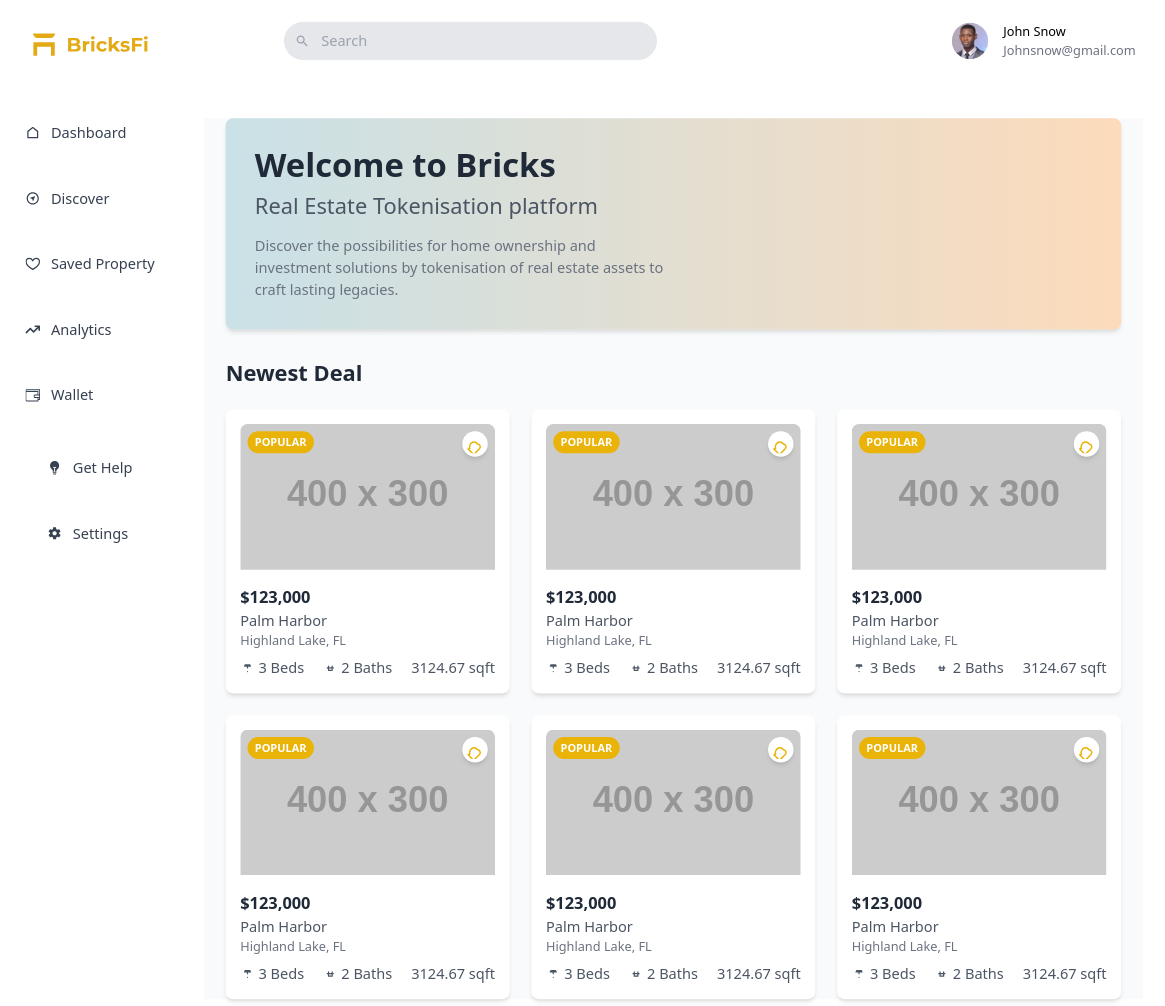
Repository: AyomideAkintade/BricksFi-Frontend
Page: /dashboard/discover (app in client/)
These files come from the project's save history. The page is drawn as it stood at one moment and after a run of saves; the edit follows.
The browser window is 1280 px wide. The pictures show the whole page, at 91% of full size.
The page's requests for data from a server got no answer. The project was rebuilt for these pictures with package versions that can differ from the ones it lists, and the page was loaded fresh each time. No one was signed in, and anything a server would have sent is missing. Also part of the build but not shown: client/src/components/navbar.jsx, client/src/components/home.jsx, client/src/components/homeSecond.jsx, client/src/components/homeThird.jsx, client/src/components/homeFifth.jsx, client/src/components/homeSixth.jsx, client/src/components/homeSeventh.jsx, client/src/api/base.js and 16 more.

Above is the page before, as saved 2024-10-04 23:30:50.

### client/src/index.css
@import "tailwindcss/base";
@import "tailwindcss/components";
@import "tailwindcss/utilities";


@font-face {
  font-family: Poppins;
  src: url(/src/assets/fonts/Poppins-Regular.ttf) format("truetype"), url(/src/assets/fonts/Poppins-Bold.ttf) format("truetype"), url(/src/assets/fonts/Poppins-Medium.ttf) format("truetype");

}

### client/src/App.js
import { BrowserRouter as Router, Route, Routes } from "react-router-dom";
import Home from "./pages/homePage";
import HomeFourth from "./components/login.jsx";
import HomeEight from "./components/signup.jsx";
import ForgotPasswordPage from "./components/forgotPassword.jsx";
import DashboardLayout from "./pages/dashboardLayout";
import DashboardPage from "./pages/dashboard.jsx";
import PieAnalytics from "./components/analytics.jsx";
import Discover from "./components/discover.jsx";
import SavedPropertyPage from "./components/savedProperties.jsx";
import { ToastContainer } from "react-toastify";
import 'react-toastify/dist/ReactToastify.css';
import { useEffect, useState } from "react";
import { BrCookies } from "./utils/storage/cookies.js";
// import DiscoverPage from "./pages/discover.jsx";
// import SavedPropertyPage from "./pages/savedProperty.jsx";

function App() {

  const [ loggedIn, setLoggedIn ] = useState(false);
  const [ isLoading, setLoading ] = useState(true);

  useEffect(()=>{
    const ck = new BrCookies(document);
    ck.getCookie('authToken')
      .then((value) => {
        setLoggedIn(true);
        setLoading(false);
      })
      .catch((e) => {
        setLoading(false);
        // this.setState({ isLoading: false }); // Set loading to false even if there is an error
      });
  }, [])
  if (isLoading) {
    return <div></div>;
  }

  return (
    <div>
      <ToastContainer limit={5} />
      {loggedIn ?
      <Router>
        <Routes>
          <Route path="*" element={<DashboardLayout />}>
            <Route index element={<DashboardPage />} />
          </Route>
          <Route path="/dashboard" element={<DashboardLayout />}>
            <Route index element={<DashboardPage />} />
            <Route path="discover" element={<Discover/>} />
            <Route path="saved-property" element={<SavedPropertyPage/>} />
            <Route path="analytics" element={<PieAnalytics />} />
          </Route>
        </Routes>
      </Router>
      :
      <Router>
        <Routes>
          {/* Public Routes */}
          <Route path="/" element={<Home />} />
          <Route path="/login" element={<HomeFourth />} />
          <Route path="/signup" element={<HomeEight />} />
          <Route path="/forgot-password" element={<ForgotPasswordPage />} />

          {/* Dashboard Routes with Sidebar and Header */}
          <Route path="/dashboard" element={<DashboardLayout />}>
            <Route index element={<DashboardPage />} />
            <Route path="discover" element={<Discover/>} />
            <Route path="saved-property" element={<SavedPropertyPage/>} />
            <Route path="analytics" element={<PieAnalytics />} />
          </Route>
        </Routes>
      </Router>
      }
    </div>
  );
}

export default App;

### client/src/pages/dashboardLayout.jsx
import React from 'react';
import Sidebar from '../components/sidebar';
import Header from '../components/header';
import { Outlet } from 'react-router-dom';

const DashboardLayout = () => {
  return (
    <div className="flex">
      {/* Sidebar */}
      <Sidebar />

      <div className="flex-1 ml-[200px]">
        {/* Header */}
        <Header />

        <div className="px-6 py-2">
          {/* Outlet will render the child routes here */}
          <Outlet />
        </div>
      </div>
    </div>
  );
};

export default DashboardLayout;

### client/src/components/discover.jsx
import React from 'react';

const properties = [
  {
    id: 1,
    price: "$123,000",
    name: "Palm Harbor",
    location: "Highland Lake, FL",
    bedrooms: 3,
    bathrooms: 2,
    area: "3124.67 sqft",
    imageUrl: "https://via.placeholder.com/400x300", // Replace with actual image URL
    popular: true,
  },
  {
    id: 2,
    price: "$123,000",
    name: "Palm Harbor",
    location: "Highland Lake, FL",
    bedrooms: 3,
    bathrooms: 2,
    area: "3124.67 sqft",
    imageUrl: "https://via.placeholder.com/400x300", // Replace with actual image URL
    popular: true,
  },
  {
    id: 3,
    price: "$123,000",
    name: "Palm Harbor",
    location: "Highland Lake, FL",
    bedrooms: 3,
    bathrooms: 2,
    area: "3124.67 sqft",
    imageUrl: "https://via.placeholder.com/400x300", // Replace with actual image URL
    popular: true,
  },
  {
    id: 4,
    price: "$123,000",
    name: "Palm Harbor",
    location: "Highland Lake, FL",
    bedrooms: 3,
    bathrooms: 2,
    area: "3124.67 sqft",
    imageUrl: "https://via.placeholder.com/400x300", // Replace with actual image URL
    popular: true,
  },
  {
    id: 5,
    price: "$123,000",
    name: "Palm Harbor",
    location: "Highland Lake, FL",
    bedrooms: 3,
    bathrooms: 2,
    area: "3124.67 sqft",
    imageUrl: "https://via.placeholder.com/400x300", // Replace with actual image URL
    popular: true,
  },
  {
    id: 6,
    price: "$123,000",
    name: "Palm Harbor",
    location: "Highland Lake, FL",
    bedrooms: 3,
    bathrooms: 2,
    area: "3124.67 sqft",
    imageUrl: "https://via.placeholder.com/400x300", // Replace with actual image URL
    popular: true,
  },
  // Add more property data as needed
];

const Discover = () => {
  return (
    <div className="bg-gray-50 min-h-screen">
      {/* Hero Section */}
      <section className="bg-gradient-to-r from-[#C9E1E7] to-[#FCDBBB] p-8 rounded-lg mx-6 my-8 shadow-md">
        <div className="grid grid-cols-1 md:grid-cols-2 items-center">
          <div>
            <h1 className="text-4xl font-bold text-gray-800">
              Welcome to Bricks
            </h1>
            <p className="text-2xl mt-2 text-gray-600">
              Real Estate Tokenisation platform
            </p>
            <p className="mt-4 text-gray-500">
              Discover the possibilities for home ownership and investment
              solutions by tokenisation of real estate assets to craft lasting
              legacies.
            </p>
          </div>
          {/* <div>
            <img
              src="https://via.placeholder.com/600x400" // Replace with actual image URL
              alt="Real Estate Building"
              className="w-full rounded-lg"
            />
          </div> */}
        </div>
      </section>

      {/* Newest Deal Section */}
      <section className="px-6">
        <h2 className="text-2xl font-semibold text-gray-800 mb-6">Newest Deal</h2>
        <div className="grid grid-cols-1 md:grid-cols-3 lg:grid-cols-3 gap-6">
          {properties.map((property) => (
            <div key={property.id} className="bg-white p-4 rounded-lg shadow-md">
              <div className="relative">
                <img
                  src={property.imageUrl}
                  alt={property.name}
                  className="w-full h-40 object-cover rounded-t-lg"
                />
                {property.popular && (
                  <div className="absolute top-2 left-2 bg-yellow-500 text-white text-xs font-semibold px-2 py-1 rounded-full">
                    POPULAR
                  </div>
                )}
                <button className="absolute top-2 right-2 bg-white p-1 rounded-full shadow-md">
                  <svg
                    xmlns="http://www.w3.org/2000/svg"
                    fill="none"
                    viewBox="0 0 24 24"
                    stroke="currentColor"
                    className="w-5 h-5 text-yellow-500"
                  >
                    <path
                      strokeLinecap="round"
                      strokeLinejoin="round"
                      strokeWidth={2}
                      d="M5.121 17.804A4.992 4.992 0 015 15c0-1.38.56-2.63 1.464-3.536l.707-.707c.879-.88 2.03-1.464 3.537-1.464 1.507 0 2.658.584 3.537 1.464l.707.707A4.992 4.992 0 0119 15a4.992 4.992 0 01-1.465 3.535l-6.585 6.585a1 1 0 01-1.414 0l-6.585-6.585z"
                    />
                  </svg>
                </button>
              </div>
              <div className="mt-4">
                <h3 className="text-lg font-semibold text-gray-800">{property.price}</h3>
                <p className="text-gray-600">{property.name}</p>
                <p className="text-sm text-gray-500">{property.location}</p>
                <div className="flex items-center justify-between mt-2">
                  <div className="flex items-center text-gray-600">
                    <svg
                      xmlns="http://www.w3.org/2000/svg"
                      fill="none"
                      viewBox="0 0 24 24"
                      stroke="currentColor"
                      className="w-4 h-4 mr-1"
                    >
                      <path
                        strokeLinecap="round"
                        strokeLinejoin="round"
                        strokeWidth={2}
                        d="M8 7h8M7 9h10M12 12V9m0 9h.01"
                      />
                    </svg>
                    {property.bedrooms} Beds
                  </div>
                  <div className="flex items-center text-gray-600">
                    <svg
                      xmlns="http://www.w3.org/2000/svg"
                      fill="none"
                      viewBox="0 0 24 24"
                      stroke="currentColor"
                      className="w-4 h-4 mr-1"
                    >
                      <path
                        strokeLinecap="round"
                        strokeLinejoin="round"
                        strokeWidth={2}
                        d="M7 12h10M9 12v4h6v-4M9 9v3m6-3v3"
                      />
                    </svg>
                    {property.bathrooms} Baths
                  </div>
                  <div className="text-gray-600">{property.area}</div>
                </div>
              </div>
            </div>
          ))}
        </div>
      </section>
    </div>
  );
};

export default Discover;

### client/src/utils/storage/cookies.js

// eslint-disable-next-line no-unused-vars
class BrCookies {

    constructor(document) {
        this.document = document || (typeof document !== "undefined" ? document : null);
    }

    /**
     *
     * @param {Array<CookieData>} dataList
     */

    saveCookies(dataList){

        if (!Array.isArray(dataList)) {
            throw new Error("Data list must be an array.");
        }

        for (const data of dataList) {
            if (!(data instanceof CookieData)) {
                throw new Error("Invalid cookie data format.");
            }

            // save each cookie
            let cookieValue = `${data.name}=${data.value}; expires=${data.expiryDate.toUTCString()}; path=/`;

            // Set SameSite=None if running on localhost
            if (window.location.hostname !== 'localhost') {

                cookieValue += '; SameSite=Strict; Secure'
            }

            this.document.cookie = cookieValue;
        }
    }

    async getCookie(name) {
        return new Promise((resolve, reject) => {
          const cookies = this.document.cookie.split('; ');
          for (const cookie of cookies) {
            const [cookieName, cookieValue] = cookie.split('=');
            if (cookieName === name) {
              resolve(cookieValue);
              return;
            }
          }
          reject(new Error(`Cookie with name ${name} not found.`));
        });
    }

    removeCookie(name) {
        this.document.cookie = name + "=;Path=/;expires=Thu, 01 Jan 1970 00:00:00 GMT";
    }

    removeAllCookies() {
        const cookies = this.document.cookie.split(";");
        for (var i = 0; i < cookies.length; i++) {
            const cookie = cookies[i];
            const eqPos = cookie.indexOf("=");
            const name = eqPos > -1 ? cookie.substr(0, eqPos) : cookie;
            document.cookie = name + "=;Path=/;expires=Thu, 01 Jan 1970 00:00:00 GMT";
        }
    }
}


class CookieData {
    constructor(name, value, expiryDate) {

        if (typeof name !== "string" || typeof value !== "string" || !(expiryDate instanceof Date) || name.length === 0) {
            throw new Error("Invalid CookieData format.");
        }

        this.name = name;
        this.value = value;
        this.expiryDate = expiryDate;
    }
}

function createCookieDate(timeInSec) {

    const timeInDays = timeInSec / (3600 * 24);

    const currentDate = new Date();

    const futureDate = new Date();
    futureDate.setDate(currentDate.getDate() + timeInDays);


    return futureDate
}


export { BrCookies, CookieData, createCookieDate };

### client/src/components/sidebar.jsx
import React from 'react';
import { Link } from 'react-router-dom';
import { RiHomeLine } from "react-icons/ri";
import { RiCompassDiscoverLine } from "react-icons/ri";
import { GrFavorite } from "react-icons/gr";
import { FaArrowTrendUp } from "react-icons/fa6";
import { TfiWallet } from "react-icons/tfi";
import { IoBulbSharp } from "react-icons/io5";
import { IoMdSettings } from "react-icons/io";
import BricksFi from "../assets/bricksfi.svg"

const Sidebar = () => {
  return (
    <aside className="bg-white h-screen w-[15%] fixed p-3 min-w-[200px]">
      <div className="p-6">
        <img
        src={BricksFi}
        alt='BricksFi'
        className='w-full'
        />
      </div>
      <nav className="mt-8">
        <ul className="space-y-4">
          <li className="p-4 hover:bg-yellow-100">
            <Link to="/dashboard" className="flex items-center text-gray-700">
              <RiHomeLine className="mr-3" /> Dashboard
            </Link>
          </li>
          <li className="p-4 hover:bg-yellow-100">
            <Link to="/dashboard/discover" className="flex items-center text-gray-700">
              <RiCompassDiscoverLine className="mr-3" /> Discover
            </Link>
          </li>
          <li className="p-4 hover:bg-yellow-100">
            <Link to="/dashboard/saved-property" className="flex items-center text-gray-700">
              <GrFavorite className="mr-3" /> Saved Property
            </Link>
          </li>
          <li className="p-4 hover:bg-yellow-100">
            <Link to="/dashboard/analytics" className="flex items-center text-gray-700">
              <FaArrowTrendUp className="mr-3" /> Analytics
            </Link>
          </li>
          <li className="p-4 hover:bg-yellow-100">
            <Link to="/dashboard/wallet" className="flex items-center text-gray-700">
              <TfiWallet className="mr-3" /> Wallet
            </Link>
          </li>
        </ul>
      </nav>
      <div className="mt-auto p-6">
        <ul className="space-y-4">
          <li className="p-4 hover:bg-yellow-100">
            <Link to="/" className="flex items-center text-gray-700">
              <IoBulbSharp className="mr-3" /> Get Help
            </Link>
          </li>
          <li className="p-4 hover:bg-yellow-100">
            <Link to="/" className="flex items-center text-gray-700">
              <IoMdSettings className="mr-3" /> Settings
            </Link>
          </li>
        </ul>
      </div>
    </aside>
  );
};

export default Sidebar;

### client/src/components/header.jsx
import React from 'react';
import COCO from "../assets/clem.jpeg"
import { IoMdSearch } from "react-icons/io";
import { IoNotificationsOutline } from "react-icons/io5";

const Header = () => {
  return (
    <div className="w-full flex gap-10 justify-between items-center py-6 bg-white sticky top-0 z-50 px-12" >
      {/* style={{boxShadow: "1px 1px 20px -8px #0000001A"}} */}
      <div className='px-16 w-full'>
      <div className="relative w-2/3">
        <input
          type="text"
          placeholder="Search"
          className="p-2 pl-10 w-full border rounded-full bg-gray-200 text-black focus:outline-none"
        />
        <IoMdSearch className="absolute left-3 top-1/2 transform -translate-y-1/2 text-gray-400" />
      </div>
      </div>
      <div className="flex items-center space-x-4 ">
        <IoNotificationsOutline className="text-gray-700 text-2xl" />
        <img
          src={COCO}
          alt="profile"
          className="rounded-full h-10 w-10"
        />
        <div className="">
          <span className="block text-sm font-medium">John Snow</span>
          <span className="block text-sm text-gray-500">Johnsnow@gmail.com</span>
        </div>
      </div>
    </div>
  );
};

export default Header;

### client/tailwind.config.js
/** @type {import('tailwindcss').Config} */
module.exports = {
  content: ["./src/**/*.{html,js,jsx}"],
  theme: {
    extend: {
      fontFamily: {
        Poppins: ['Poppins'],
      }
    },
    screens: {
      sm: '640px',
      // => @media (min-width: 640px) { ... }

      md: '768px',
      // => @media (min-width: 768px) { ... }

      lg: '1024px',
      // => @media (min-width: 1024px) { ... }

      xl: '1280px',
      // => @media (min-width: 1280px) { ... }

      '2xl': '1536px',
      // => @media (min-width: 1536px) { ... }
      'custombp': {'raw': '(min-height: 375px),(min-width:768px)'}
    },
  },
  plugins: [],
}

Loaded but not shown: client/public/index.html (common file); client/src/index.js (common file); client/src/reportWebVitals.js (common file)

After the next 2 saves:
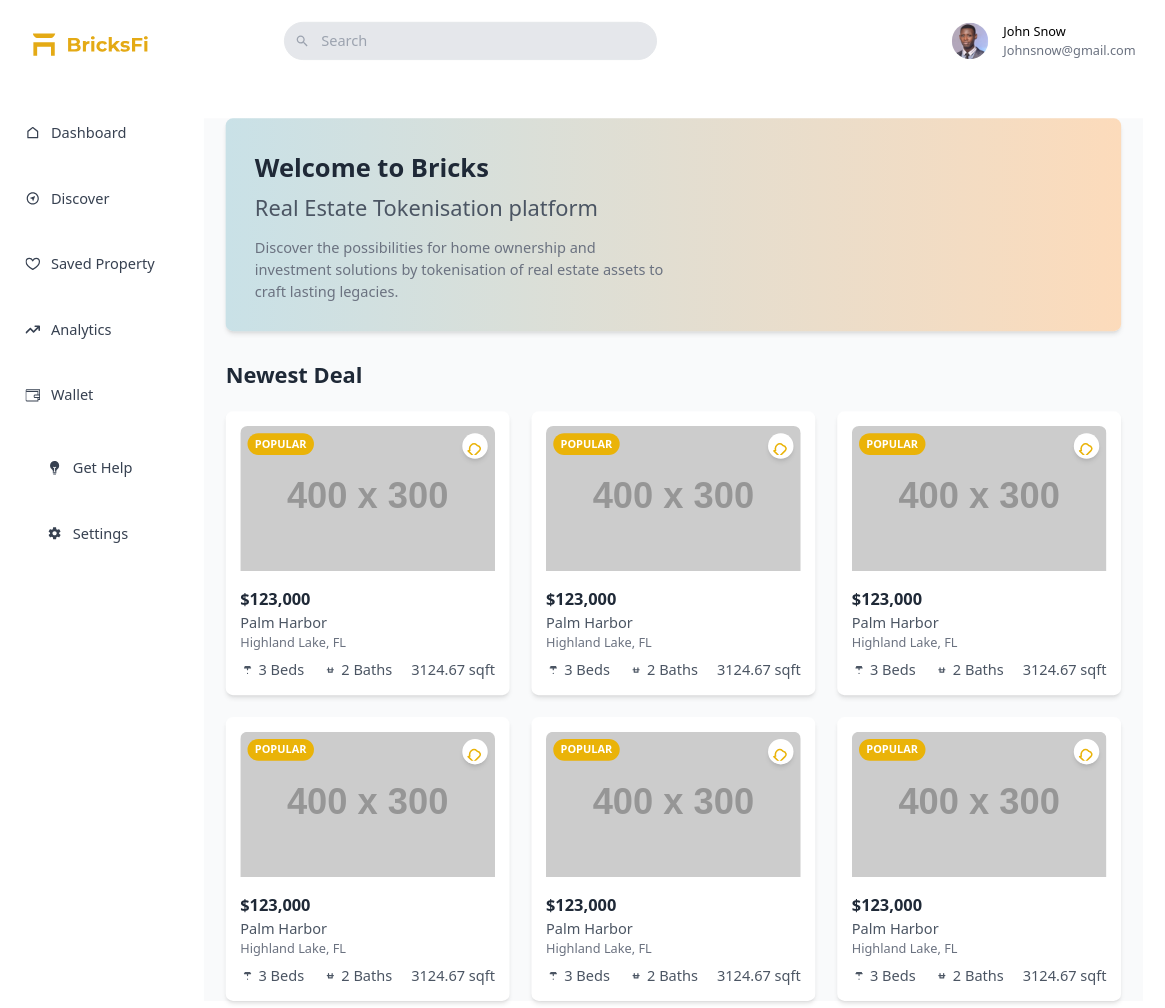
The 2 saves are shown as one change because they came seconds apart.
The last was saved 23 s later.
--- a/client/src/components/discover.jsx
+++ b/client/src/components/discover.jsx
@@ -77,7 +77,7 @@ const Discover = () => {
       <section className="bg-gradient-to-r from-[#C9E1E7] to-[#FCDBBB] p-8 rounded-lg mx-6 my-8 shadow-md">
         <div className="grid grid-cols-1 md:grid-cols-2 items-center">
           <div>
-            <h1 className="text-4xl font-bold text-gray-800">
+            <h1 className="text-[28px] font-bold text-gray-800">
               Welcome to Bricks
             </h1>
             <p className="text-2xl mt-2 text-gray-600">
